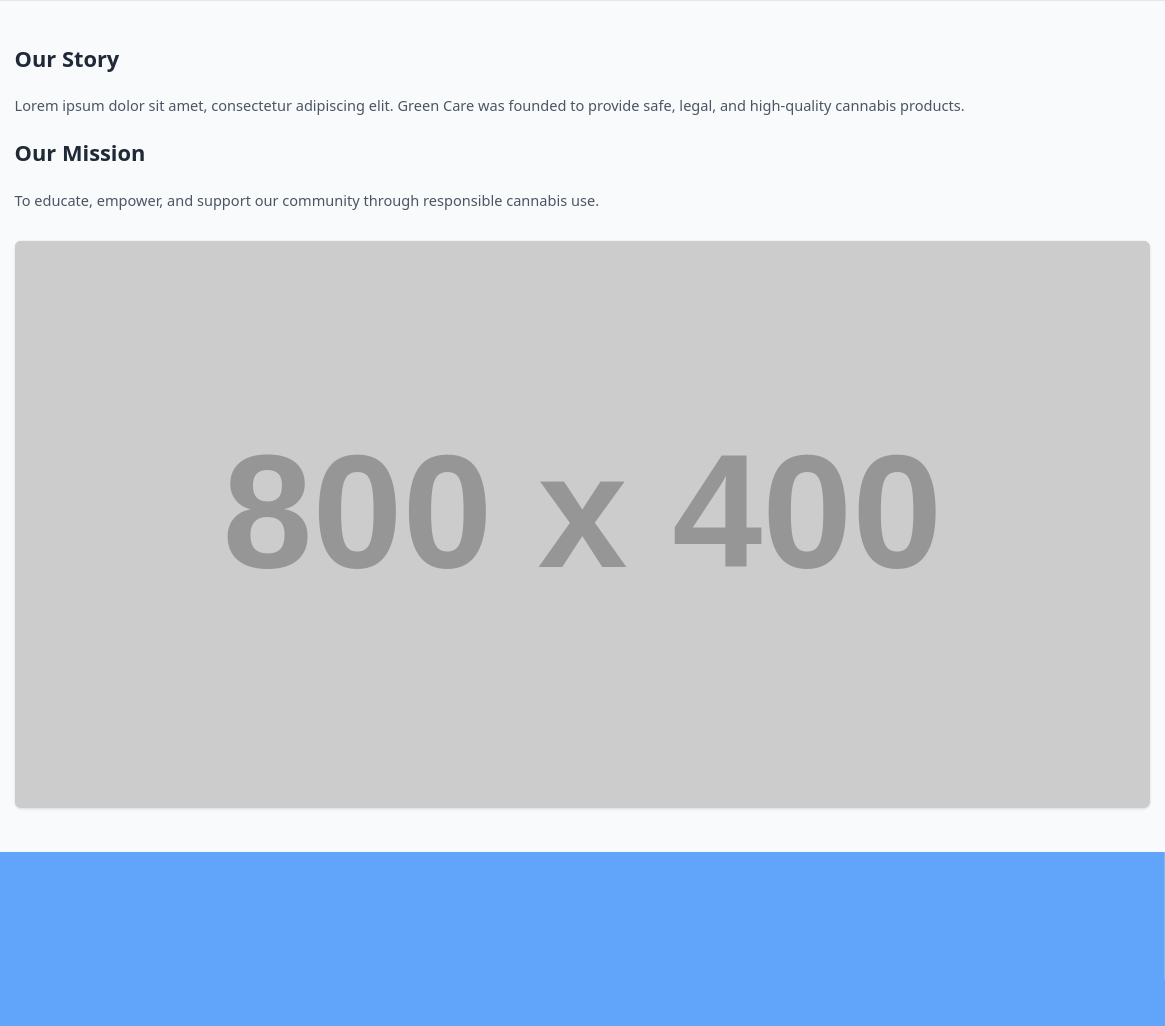
Repository: faryalsaleem50/greencare-cannabis
Page: about.html
The author's editor kept a copy of each file at every save. The page is drawn from the files as they stood at one save, then again after the next save.
The browser window is 1280 px wide. The pictures show the part of the page from y = 320 to 1448 px (the page is 1448 px tall before and 720 px after), at 91% of full size.
Some web libraries are served in a nearby version.

Above is the page before, as saved 2026-02-10 22:53:22.

After the next save:
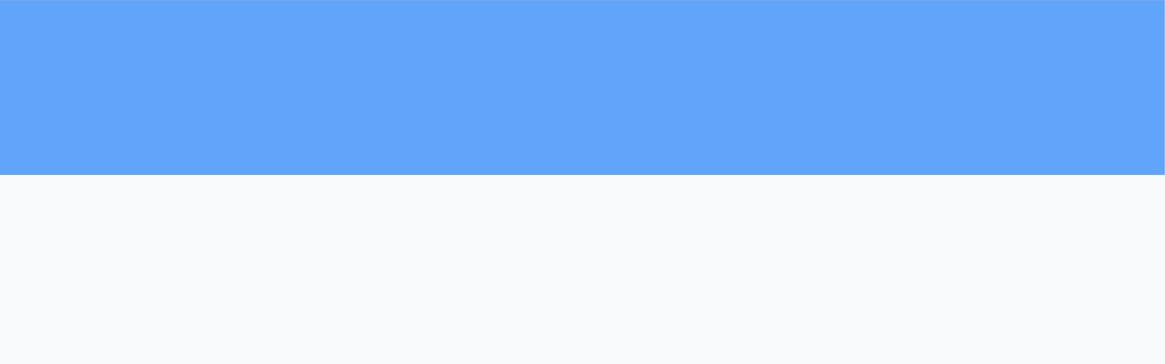
Saved 38 s later.
--- a/about.html
+++ b/about.html
@@ -35,28 +35,6 @@
     </div>
   </section>
 
-  <!-- Main Content -->
-  <main class="container mx-auto px-4 py-12">
-    <h2 class="text-2xl font-bold mb-6">Our Story</h2>
-    <p class="text-gray-600 mb-6">
-      Lorem ipsum dolor sit amet, consectetur adipiscing elit. Green Care was founded to provide safe, legal, and high‑quality cannabis products.
-    </p>
-
-    <h2 class="text-2xl font-bold mb-6">Our Mission</h2>
-    <p class="text-gray-600 mb-6">
-      To educate, empower, and support our community through responsible cannabis use.
-    </p>
-
-    <!-- Example Image (optional) -->
-    <div class="mt-8">
-      <img
-        src="https://via.placeholder.com/800x400"
-        alt="Our Dispensary"
-        class="w-full rounded-lg shadow"
-      />
-    </div>
-  </main>
-
   <!-- Footer (same as index.html) -->
   <footer class="w-full bg-blue-400 py-24 text-white">
     <!-- ... same footer code ... -->
